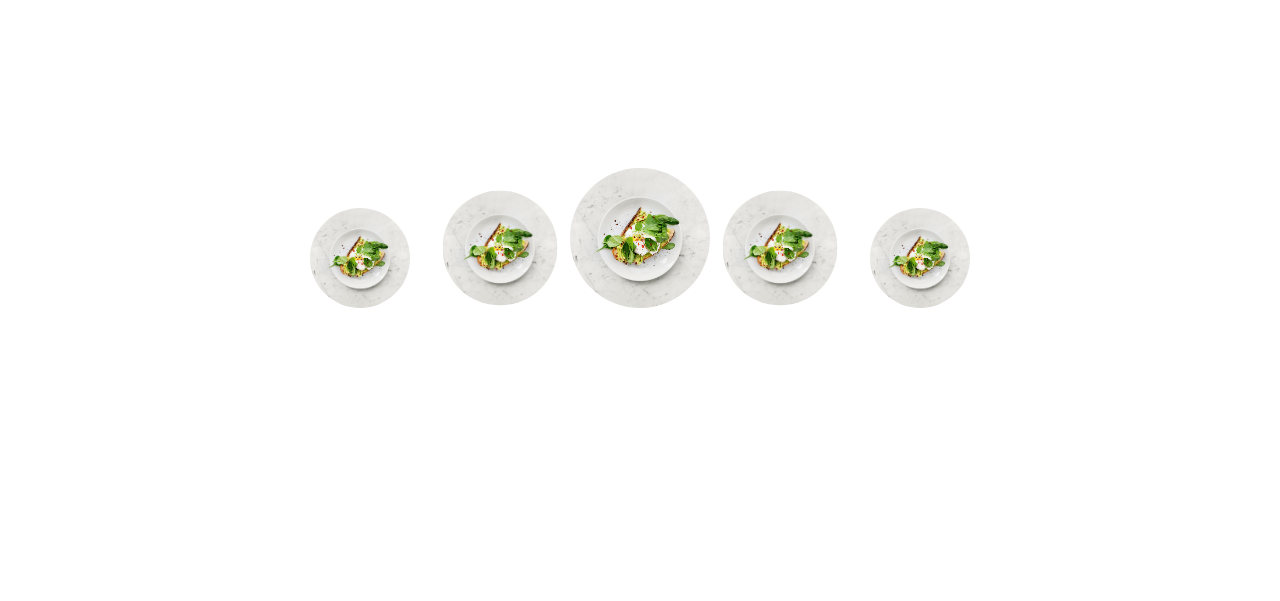
Repository: nambui98/slider
Page: /
These files come from the project's save history. The page is drawn as it stood at one moment and after the next save; the edit follows.
The browser window is 1280 px wide. The pictures show the whole page.
The project was rebuilt for these pictures with package versions that can differ from the ones it lists, and the page was loaded fresh each time. Also part of the build but not shown: vite.config.ts.

Above is the page before, as saved 2022-04-12 10:58:34.

### src/App.tsx
import { useState } from 'react'
import Horizolsider from './components/horizolslider/Horizolsider'
import logo from './logo.svg'
import './App.css'
import "slick-carousel/slick/slick.css";
import "slick-carousel/slick/slick-theme.css";
function App() {
  const [count, setCount] = useState(0)

  return (
    <div className="App">
      <Horizolsider />
    </div>
  )
}

export default App

### src/components/horizolslider/Horizolsider.tsx
import React, { useEffect, useRef, useState } from 'react'
import styled from 'styled-components'
import Slider from "react-slick";
import image1 from '../../assets/images/pexels-daria-shevtsova-1095550.jpg'

type Props = {}

const Wrapper = styled.div`
    width: 700px;

`
const Item = styled.div`
    height: 150px;
    margin-top: 50px;
    transition: all .3s;

    img{
        object-fit: cover;
        margin: 0 auto;
        /* width: 100px;
        height: 100px; */
        width: 100px;
        height: 100px;
        border-radius: 50%;
        transition: all .3s;
    }
    &.active{
        /* width: 150px;
        height: 100px; */
        /* height: 200px; */
        margin-top: 30px;
        img{

            /* width: 100%; */
            transform: scale(1.4)
        }
        .info{
            visibility: visible;
        }
    }
    &.near{
        /* width: 150px;
        height: 100px; */
        /* height: 200px; */
        margin-top: 40px;
        img{

            /* width: 100%; */
            transform: scale(1.15)
        }


    }
`
const Horizolsider = (props: Props) => {
    const [activeIndex, setActiveIndex] = useState<number>(0);
    const settings = {
        className: "listItem",
        dots: false,
        infinite: true,
        speed: 500,
        slidesToShow: 5,
        slidesToScroll: 1,
        centerMode: true,
        focusOnSelect: true,
        centerPadding: '0px',
        // adaptiveHeight: true,
        beforeChange: (current: any, next: any) => {
            setActiveIndex(next)

        },
    };

    return (
        <div style={{ display: "flex", height: "100vh", flexDirection: "column", justifyContent: "center", alignItems: "center" }}>
            <Wrapper>
                <Slider {...settings}>
                    {
                        [...Array(10).keys()].map((i, index) =>
                            <Item className={`${index === activeIndex ? "active" : (activeIndex - index) === 1 || (index - activeIndex) === 1 || (index - activeIndex) === 9 || (index - activeIndex) === -9 ? "near" : ""}`}>
                                <img src={image1} alt="" />

                            </Item>
                        )
                    }
                </Slider>
            </Wrapper>
            <div className="info">info {activeIndex}
            </div>
        </div>
    )
}
export default Horizolsider

### src/App.css
*{
  padding: 0;
  margin: 0;
  box-sizing: border-box;
}
.info{
        visibility: hidden;
        width: 100%;
        border: 1px solid #252525;
        height: 200px;
    }

Loaded but not shown: index.html (common file); src/main.tsx (common file); src/index.css (common file)

After the next save:
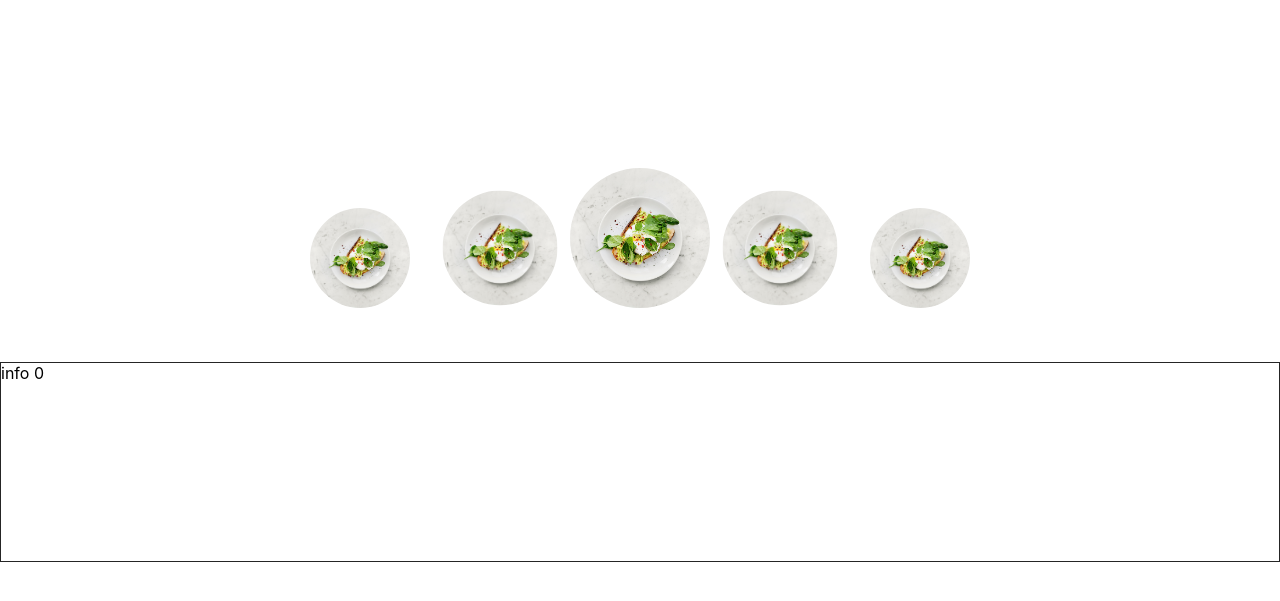
Saved 9 s later.
--- a/src/App.css
+++ b/src/App.css
@@ -4,8 +4,7 @@
   box-sizing: border-box;
 }
 .info{
-        visibility: hidden;
-        width: 100%;
-        border: 1px solid #252525;
-        height: 200px;
-    }
+    width: 100%;
+    border: 1px solid #252525;
+    height: 200px;
+}
